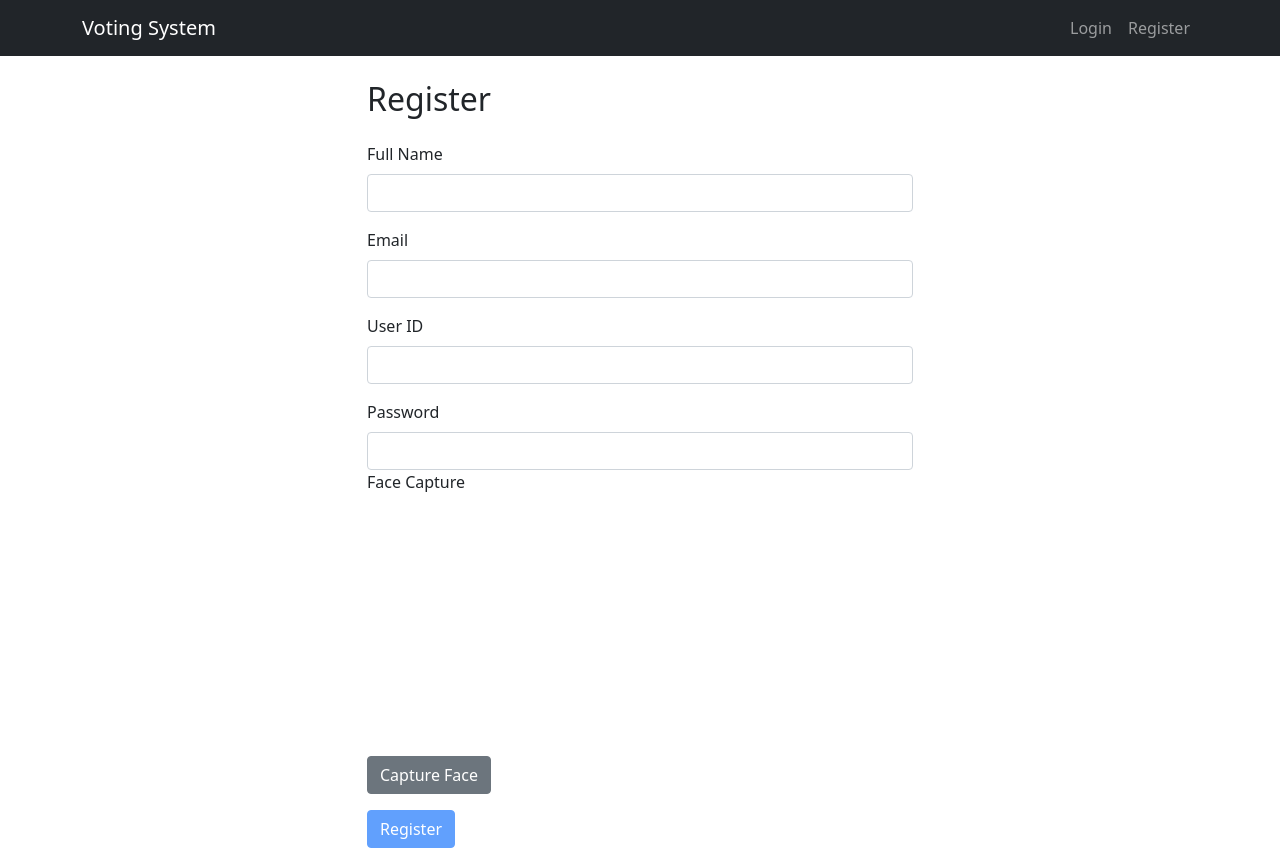
Repository: iammillie-creator/facial-voting-app
Page: http://localhost/register
The author's editor kept a copy of each file at every save. The page is drawn from the files as they stood at one save, then again after the next save.
The browser window is 1280 px wide. The pictures show the whole page.
The page is served by the project's application, run on Flask 3 (app.py).

Above is the page before, as saved 2025-04-24 12:54:47.
Console error (its wording comes from the project's code and is left out).

### templates/register.html
{% extends "base.html" %}

{% block content %}
<div class="row justify-content-center">
    <div class="col-md-6">
        <h2 class="mb-4">Register</h2>

        <form method="POST" enctype="multipart/form-data" id="registrationForm" onsubmit="prepareForm()">
            <div class="mb-3">
                <label for="name" class="form-label">Full Name</label>
                <input type="text" class="form-control" id="name" name="name" required>
            </div>

            <div class="mb-3">
                <label for="email" class="form-label">Email</label>
                <input type="email" class="form-control" id="email" name="email" required>
            </div>

            <div class="mb-3">
                <label for="user_id" class="form-label">User ID</label>
                <input type="text" class="form-control" id="user_id" name="user_id" required>
            </div>

            <div class="mb-3">
                <label for="password" class="form-label">Password</label>
                <input type="password" class="form-control" id="password" name="password" required>

            <div class="mb-3">
                <label class="form-label">Face Capture</label>
                <div class="video-container">
                    <video id="video" width="320" height="240" autoplay></video>
                    <canvas id="canvas" width="320" height="240" style="display:none;"></canvas>
                </div>
                <button type="button" id="captureBtn" class="btn btn-secondary mt-2">Capture Face</button>
                <input type="hidden" id="faceImageData" name="face_image">

                <div id="previewContainer" class="mt-2" style="display:none;">
                    <img id="previewImage" src="#" alt="Face Preview" class="img-thumbnail" style="max-width: 200px;">
                    <button type="button" id="retakeBtn" class="btn btn-sm btn-warning mt-2">Retake</button>
                </div>
            </div>

            <button type="submit" class="btn btn-primary" id="submitBtn" disabled>Register</button>
        </form>
    </div>
</div>
{% endblock %}

{% block scripts %}
<script>
document.addEventListener('DOMContentLoaded', function() {
    const video = document.getElementById('video');
    const canvas = document.getElementById('canvas');
    const preview = document.getElementById('preview');
    const captureBtn = document.getElementById('captureBtn');
    const retakeBtn = document.getElementById('retakeBtn');
    const faceImageData = document.getElementById('faceImageData');
    const submitBtn = document.getElementById('submitBtn');
    const form = document.getElementById('registerForm');
    const imageData = canvas.toDataURL('image/png');

    let stream = null;

    // Start camera
    function startCamera() {
        navigator.mediaDevices.getUserMedia({ video: true })
            .then(function(s) {
                stream = s;
                video.srcObject = stream;
            })
            .catch(function(err) {
                console.error("Camera error:", err);
                alert("Could not access camera. Please enable camera permissions.");
            });
    }

    // Capture image
    captureBtn.addEventListener('click', function() {
        // Pause video
        video.pause();

        // Draw video frame to canvas
        canvas.width = video.videoWidth;
        canvas.height = video.videoHeight;
        const ctx = canvas.getContext('2d');
        ctx.drawImage(video, 0, 0, canvas.width, canvas.height);

        // Convert canvas to data URL
        const imageData = canvas.toDataURL('image/jpeg');
        faceImageData.value = imageData;

        // Show preview
        previewImage.src = imageData;
        previewContainer.style.display = 'block';
        captureBtn.style.display = 'none';

        // Enable submit button
        submitBtn.disabled = false;
        if (faceImageData.value) {
            // Convert base64 to blob
            const blob = await fetch(faceImageData.value).then(r => r.blob());
            formData.append('face_image', blob, 'face.jpg');
        }

        // Send to server
        try {
            const response = await fetch('/register', {
                method: 'POST',
                body: formData  // Let browser set Content-Type automatically
            });

            if (response.redirected) {
                window.location.href = response.url;
            } else {
                const result = await response.json();
                alert(result.message || 'Registration failed');
            }
        } catch (error) {
            console.error('Error:', error);
            alert('Registration failed');
        }
    });
        // Stop camera
        if (stream) {
            stream.getTracks().forEach(track => track.stop());
        }
    });

    // Retake image
    retakeBtn.addEventListener('click', function() {
        faceImageData.value = '';
        previewContainer.style.display = 'none';
        captureBtn.style.display = 'block';
        submitBtn.disabled = true;
        startCamera();
    });

    // Start camera when page loads
    startCamera();
}));
</script>
{% endblock %}

### templates/base.html
<!DOCTYPE html>
<html lang="en">
<head>
    <meta charset="UTF-8">
    <meta name="viewport" content="width=device-width, initial-scale=1.0">
    <title>Voting System</title>
    <link href="https://cdn.jsdelivr.net/npm/bootstrap@5.1.3/dist/css/bootstrap.min.css" rel="stylesheet">
</head>
<body>
    <nav class="navbar navbar-expand-lg navbar-dark bg-dark">
        <div class="container">
            <a class="navbar-brand" href="/">Voting System</a>
            <div class="navbar-nav">
                {% if 'user_id' in session %}
                    <span class="nav-item nav-link">Welcome, {{ session.name }}</span>
                    <a class="nav-item nav-link" href="/logout">Logout</a>
                {% else %}
                    <a class="nav-item nav-link" href="/login">Login</a>
                    <a class="nav-item nav-link" href="/register">Register</a>
                {% endif %}
            </div>
        </div>
    </nav>

    <div class="container mt-4">
        {% with messages = get_flashed_messages(with_categories=true) %}
            {% if messages %}
                {% for category, message in messages %}
                    <div class="alert alert-{{ category }} alert-dismissible fade show">
                        {{ message }}
                        <button type="button" class="btn-close" data-bs-dismiss="alert"></button>
                    </div>
                {% endfor %}
            {% endif %}
        {% endwith %}

        {% block content %}{% endblock %}
    </div>

    <script src="https://cdn.jsdelivr.net/npm/bootstrap@5.1.3/dist/js/bootstrap.bundle.min.js"></script>
    {% block scripts %}{% endblock %}
</body>
</html>

### app.py
import os
import random
import string
import smtplib
from datetime import datetime
from email.mime.text import MIMEText
from flask import Flask, render_template, request, redirect, url_for, session, flash, jsonify
from flask_pymongo import PyMongo
from werkzeug.security import generate_password_hash, check_password_hash
import cv2
import face_recognition
from email_validator import validate_email, EmailNotValidError

app = Flask(__name__)
app.secret_key = 'your_secret_key_here'
app.config["MONGO_URI"] = "mongodb://localhost:27017/voting_system"
mongo = PyMongo(app)

# Email configuration
EMAIL_SENDER = 'lizzyjlo55@gmail.com'
EMAIL_PASSWORD = 'B$rw6!a'
SMTP_SERVER = 'smtp.gmail.com'
SMTP_PORT = 587

# Configure upload folder for face images
UPLOAD_FOLDER = 'static/face_images'
os.makedirs(UPLOAD_FOLDER, exist_ok=True)
app.config['UPLOAD_FOLDER'] = UPLOAD_FOLDER

def generate_otp():
    return ''.join(random.choices(string.digits, k=6))

def send_otp_email(receiver_email, otp):
    try:
        msg = MIMEText(f'Your OTP for voting system verification is: {otp}')
        msg['Subject'] = 'Voting System - Email Verification'
        msg['From'] = EMAIL_SENDER
        msg['To'] = receiver_email

        with smtplib.SMTP(SMTP_SERVER, SMTP_PORT) as server:
            server.starttls()
            server.login(EMAIL_SENDER, EMAIL_PASSWORD)
            server.send_message(msg)
        return True
    except Exception as e:
        print(f"Error sending email: {e}")
        return False

def save_face_image(image, user_id):
    try:
        # Convert image data to numpy array
        nparr = np.frombuffer(image.read(), np.uint8)
        img = cv2.imdecode(nparr, cv2.IMREAD_COLOR)

        # Save image
        filename = f"{user_id}.jpg"
        filepath = os.path.join(app.config['UPLOAD_FOLDER'], filename)
        cv2.imwrite(filepath, img)
        return filepath
    except Exception as e:
        print(f"Error saving face image: {e}")
        return None

def verify_face(user_id, captured_image):
    try:
        # Load registered face
        registered_image_path = os.path.join(app.config['UPLOAD_FOLDER'], f"{user_id}.jpg")
        if not os.path.exists(registered_image_path):
            return False

        registered_image = face_recognition.load_image_file(registered_image_path)
        registered_encoding = face_recognition.face_encodings(registered_image)[0]

        # Process captured image
        nparr = np.frombuffer(captured_image.read(), np.uint8)
        captured_img = cv2.imdecode(nparr, cv2.IMREAD_COLOR)
        rgb_captured = cv2.cvtColor(captured_img, cv2.COLOR_BGR2RGB)

        # Find faces in the captured image
        face_locations = face_recognition.face_locations(rgb_captured)
        if not face_locations:
            return False

        captured_encoding = face_recognition.face_encodings(rgb_captured, face_locations)[0]

        # Compare faces
        results = face_recognition.compare_faces([registered_encoding], captured_encoding)
        return results[0]
    except Exception as e:
        print(f"Error in face verification: {e}")
        return False

@app.route('/')
def home():
    if 'user_id' in session:
        return redirect(url_for('dashboard'))
    return render_template('home.html')

@app.route('/register', methods=['POST','GET'])
def register():
    if request.method == 'POST':
        try:
            # Check content type
            if 'multipart/form-data' not in request.content_type:
                return jsonify({'error': 'Unsupported Media Type'}), 415

            # Get form data
            name = request.form.get('name')
            email = request.form.get('email')
            user_id = request.form.get('user_id')
            password = request.form.get('password')
            face_image = request.files.get('face_image')

            # Validate required fields
            if not all([name, email, user_id, password]):
                return jsonify({'error': 'Missing required fields'}), 400

            if not face_image:
                return jsonify({'error': 'Face image is required'}), 400

            # Process face image
            try:
                img_bytes = face_image.read()
                nparr = np.frombuffer(img_bytes, np.uint8)
                img = cv2.imdecode(nparr, cv2.IMREAD_COLOR)

                if img is None:
                    return jsonify({'error': 'Invalid image data'}), 400

                # Save image
                filename = f"{user_id}.jpg"
                face_path = os.path.join(app.config['UPLOAD_FOLDER'], filename)
                cv2.imwrite(face_path, img)

                # Rest of your registration logic...

                return redirect(url_for('verify_email'))

            except Exception as e:
                return jsonify({'error': f'Image processing error: {str(e)}'}), 500

        except Exception as e:
            return jsonify({'error': f'Server error: {str(e)}'}), 500

    return render_template('register.html')

@app.route('/verify-email', methods=['GET', 'POST'])
def verify_email():
    if 'verify_user_id' not in session:
        return redirect(url_for('register'))

    if request.method == 'POST':
        user_otp = request.form.get('otp')
        stored_otp = session.get('otp')

        if user_otp == stored_otp:
            # Update user as verified
            mongo.db.users.update_one(
                {'user_id': session['verify_user_id']},
                {'$set': {'email_verified': True}}
            )

            # Clean up session
            session.pop('otp')
            session.pop('verify_user_id')

            flash('Email verified successfully! You can now login', 'success')
            return redirect(url_for('login'))
        else:
            flash('Invalid OTP', 'danger')

    return render_template('verify_email.html')

@app.route('/login', methods=['GET', 'POST'])
def login():
    if request.method == 'POST':
        user_id = request.form.get('user_id')
        password = request.form.get('password')
        face_image = request.files.get('face_image')

        # Find user
        user = mongo.db.users.find_one({'user_id': user_id})

        if not user:
            flash('Invalid credentials', 'danger')
            return redirect(url_for('login'))

        # Check password
        if not check_password_hash(user['password'], password):
            flash('Invalid credentials', 'danger')
            return redirect(url_for('login'))

        # Check email verification
        if not user.get('email_verified', False):
            flash('Please verify your email first', 'danger')
            return redirect(url_for('login'))

        # Verify face
        if not face_image:
            flash('Face verification required', 'danger')
            return redirect(url_for('login'))

        if not verify_face(user_id, face_image):
            flash('Face verification failed', 'danger')
            return redirect(url_for('login'))

        # Login successful
        session['user_id'] = user_id
        session['name'] = user['name']
        session['has_voted'] = user.get('has_voted', False)

        flash('Login successful!', 'success')
        return redirect(url_for('dashboard'))

    return render_template('login.html')

@app.route('/dashboard')
def dashboard():
    if 'user_id' not in session:
        return redirect(url_for('login'))

    if session.get('has_voted', False):
        return render_template('already_voted.html')

    # Get candidates from database
    candidates = list(mongo.db.candidates.find({}))
    return render_template('dashboard.html', candidates=candidates)

@app.route('/vote', methods=['POST'])
def vote():
    if 'user_id' not in session:
        return redirect(url_for('login'))

    if session.get('has_voted', False):
        flash('You have already voted', 'danger')
        return redirect(url_for('dashboard'))

    candidate_id = request.form.get('candidate_id')
    if not candidate_id:
        flash('Invalid candidate', 'danger')
        return redirect(url_for('dashboard'))

    # Record vote
    mongo.db.votes.insert_one({
        'user_id': session['user_id'],
        'candidate_id': candidate_id,
        'voted_at': datetime.utcnow()
    })

    # Update user as voted
    mongo.db.users.update_one(
        {'user_id': session['user_id']},
        {'$set': {'has_voted': True}}
    )

    session['has_voted'] = True
    flash('Thank you for voting!', 'success')
    return redirect(url_for('dashboard'))

@app.route('/logout')
def logout():
    session.clear()
    flash('You have been logged out', 'info')
    return redirect(url_for('home'))

if __name__ == '__main__':
    app.run(debug=True)

After the next save:
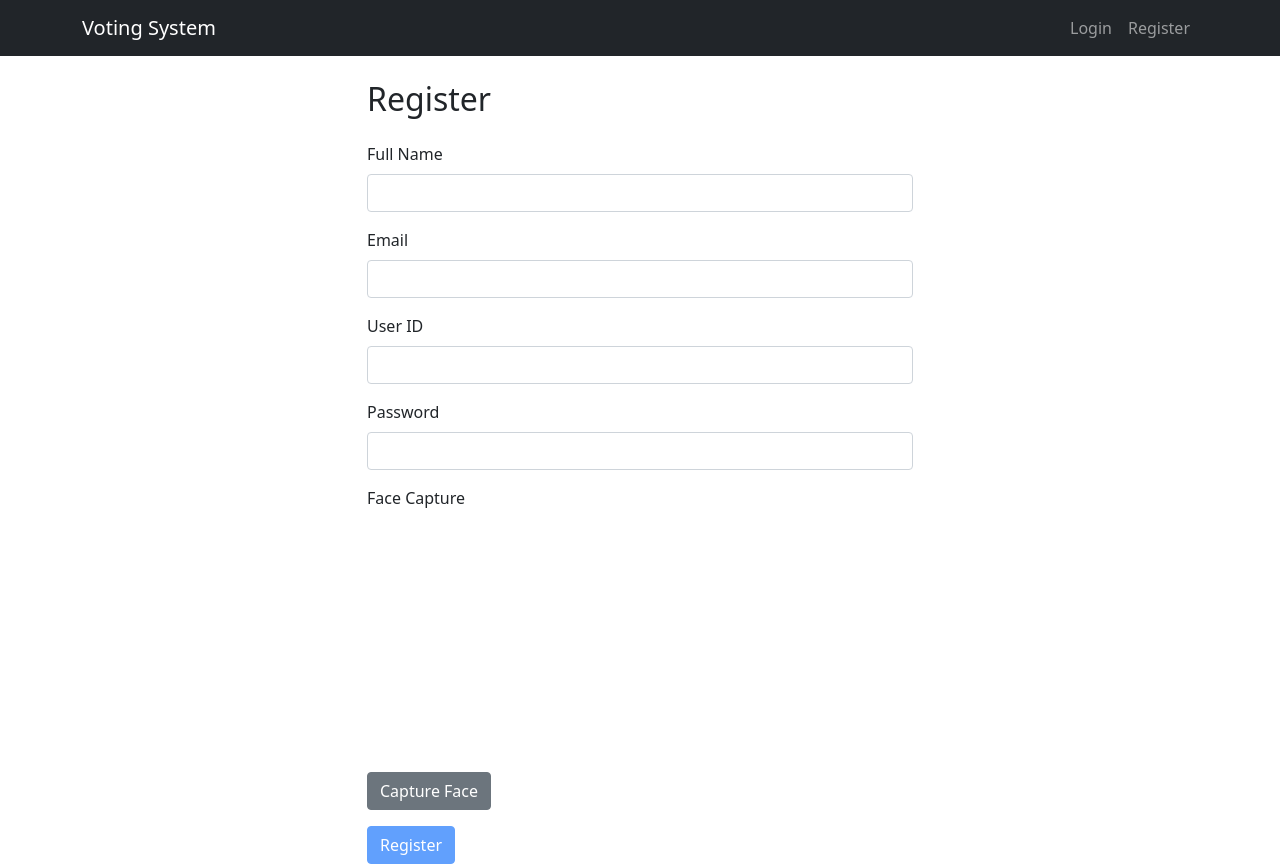
The error is gone.
Saved 32 s later.
--- a/templates/register.html
+++ b/templates/register.html
@@ -5,7 +5,7 @@
     <div class="col-md-6">
         <h2 class="mb-4">Register</h2>
 
-        <form method="POST" enctype="multipart/form-data" id="registrationForm" onsubmit="prepareForm()">
+        <form method="POST" enctype="multipart/form-data" id="registrationForm">
             <div class="mb-3">
                 <label for="name" class="form-label">Full Name</label>
                 <input type="text" class="form-control" id="name" name="name" required>
@@ -24,11 +24,12 @@
             <div class="mb-3">
                 <label for="password" class="form-label">Password</label>
                 <input type="password" class="form-control" id="password" name="password" required>
+            </div>
 
             <div class="mb-3">
                 <label class="form-label">Face Capture</label>
                 <div class="video-container">
-                    <video id="video" width="320" height="240" autoplay></video>
+                    <video id="video" width="320" height="240" autoplay muted></video>
                     <canvas id="canvas" width="320" height="240" style="display:none;"></canvas>
                 </div>
                 <button type="button" id="captureBtn" class="btn btn-secondary mt-2">Capture Face</button>
@@ -51,27 +52,34 @@
 document.addEventListener('DOMContentLoaded', function() {
     const video = document.getElementById('video');
     const canvas = document.getElementById('canvas');
-    const preview = document.getElementById('preview');
     const captureBtn = document.getElementById('captureBtn');
     const retakeBtn = document.getElementById('retakeBtn');
     const faceImageData = document.getElementById('faceImageData');
     const submitBtn = document.getElementById('submitBtn');
-    const form = document.getElementById('registerForm');
-    const imageData = canvas.toDataURL('image/png');
+    const form = document.getElementById('registrationForm');
+    const previewImage = document.getElementById('previewImage');
+    const previewContainer = document.getElementById('previewContainer');
 
     let stream = null;
 
     // Start camera
     function startCamera() {
-        navigator.mediaDevices.getUserMedia({ video: true })
-            .then(function(s) {
-                stream = s;
-                video.srcObject = stream;
-            })
-            .catch(function(err) {
-                console.error("Camera error:", err);
-                alert("Could not access camera. Please enable camera permissions.");
-            });
+        navigator.mediaDevices.getUserMedia({
+            video: {
+                width: { ideal: 1280 },
+                height: { ideal: 720 },
+                facingMode: 'user'
+            }
+        })
+        .then(function(s) {
+            stream = s;
+            video.srcObject = stream;
+            video.play();
+        })
+        .catch(function(err) {
+            console.error("Camera error:", err);
+            alert("Could not access camera. Please enable camera permissions.");
+        });
     }
 
     // Capture image
@@ -96,30 +104,7 @@ document.addEventListener('DOMContentLoaded', function() {
 
         // Enable submit button
         submitBtn.disabled = false;
-        if (faceImageData.value) {
-            // Convert base64 to blob
-            const blob = await fetch(faceImageData.value).then(r => r.blob());
-            formData.append('face_image', blob, 'face.jpg');
-        }
 
-        // Send to server
-        try {
-            const response = await fetch('/register', {
-                method: 'POST',
-                body: formData  // Let browser set Content-Type automatically
-            });
-
-            if (response.redirected) {
-                window.location.href = response.url;
-            } else {
-                const result = await response.json();
-                alert(result.message || 'Registration failed');
-            }
-        } catch (error) {
-            console.error('Error:', error);
-            alert('Registration failed');
-        }
-    });
         // Stop camera
         if (stream) {
             stream.getTracks().forEach(track => track.stop());
@@ -135,8 +120,39 @@ document.addEventListener('DOMContentLoaded', function() {
         startCamera();
     });
 
+    // Form submission
+    form.addEventListener('submit', async function(e) {
+        e.preventDefault();
+
+        const formData = new FormData(form);
+
+        // Convert base64 to blob if needed
+        if (faceImageData.value) {
+            const blob = await fetch(faceImageData.value).then(r => r.blob());
+            formData.set('face_image', blob, 'face.jpg');
+        }
+
+        // Send to server
+        try {
+            const response = await fetch('/register', {
+                method: 'POST',
+                body: formData
+            });
+
+            if (response.redirected) {
+                window.location.href = response.url;
+            } else {
+                const result = await response.json();
+                alert(result.message || 'Registration failed');
+            }
+        } catch (error) {
+            console.error('Error:', error);
+            alert('Registration failed');
+        }
+    });
+
     // Start camera when page loads
     startCamera();
-}));
+});
 </script>
 {% endblock %}
